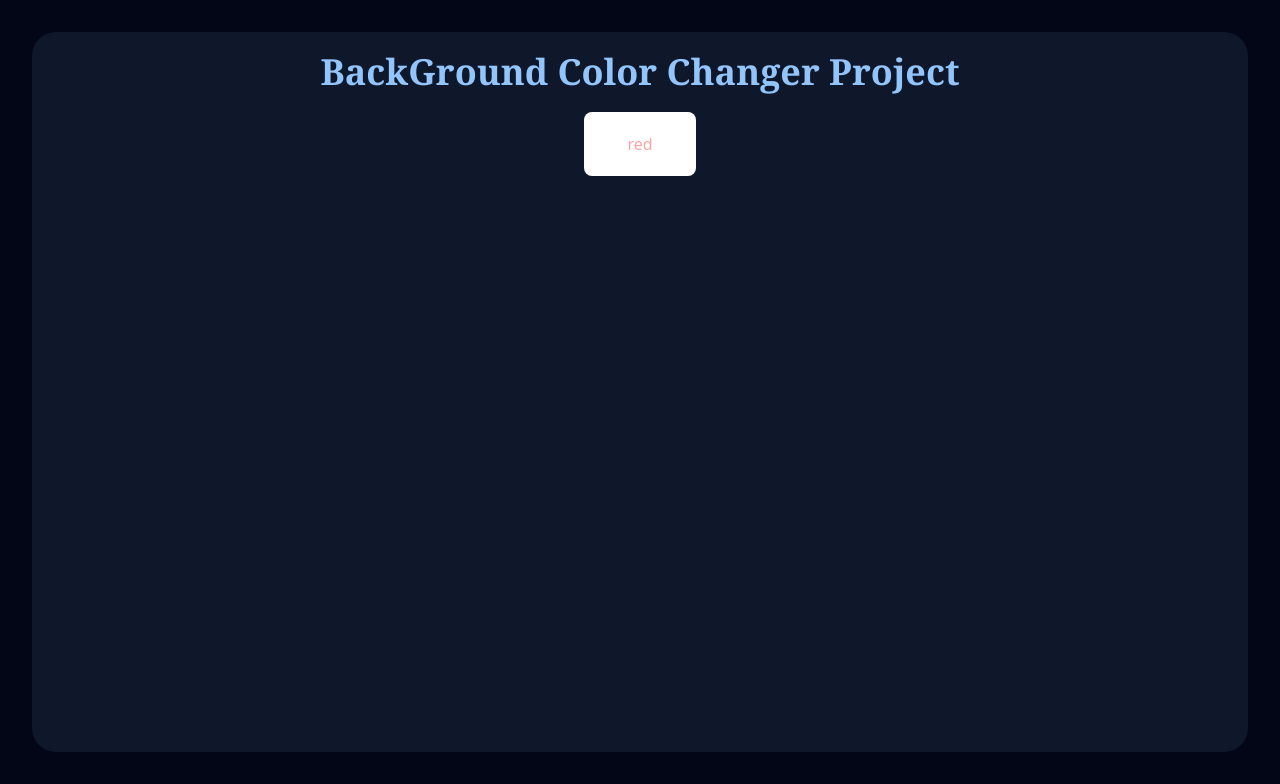
Repository: ChaitanyMishra/react-daily-work
Page: / (app in day-04-react/bg_color_changer/)
An editor plug-in stored every save of this project. The page is shown before and after a run of saves, followed by the edit.
The browser window is 1280 px wide. The pictures show the whole page.
The project was rebuilt for these pictures with package versions that can differ from the ones it lists, and the page was loaded fresh each time. Also part of the build but not shown: day-04-react/bg_color_changer/vite.config.js.

Above is the page before, as saved 2025-06-20 16:55:51.

After the next 2 saves:
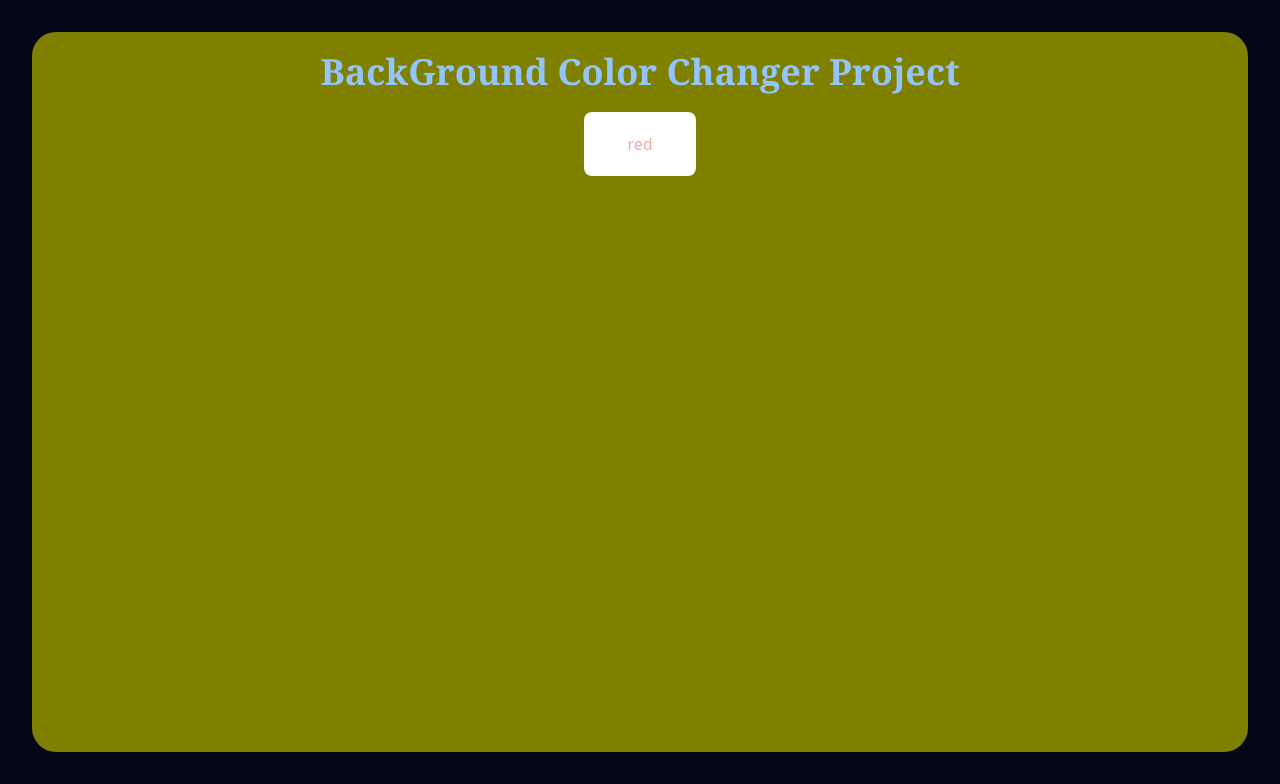
The 2 saves are shown as one change because they came seconds apart.
The last was saved 36 s later.
--- a/day-04-react/bg_color_changer/src/App.jsx
+++ b/day-04-react/bg_color_changer/src/App.jsx
@@ -4,7 +4,7 @@
 import './App.css'
 
 function App() {
-  const [colorState , changeColor] = useState("olvie")
+  const [colorState , changeColor] = useState("olive")
 
   return (
     <div className='w-full h-screen bg-slate-900 rounded-3xl ' style={{backgroundColor: colorState}}>

After the 3 saves that followed:
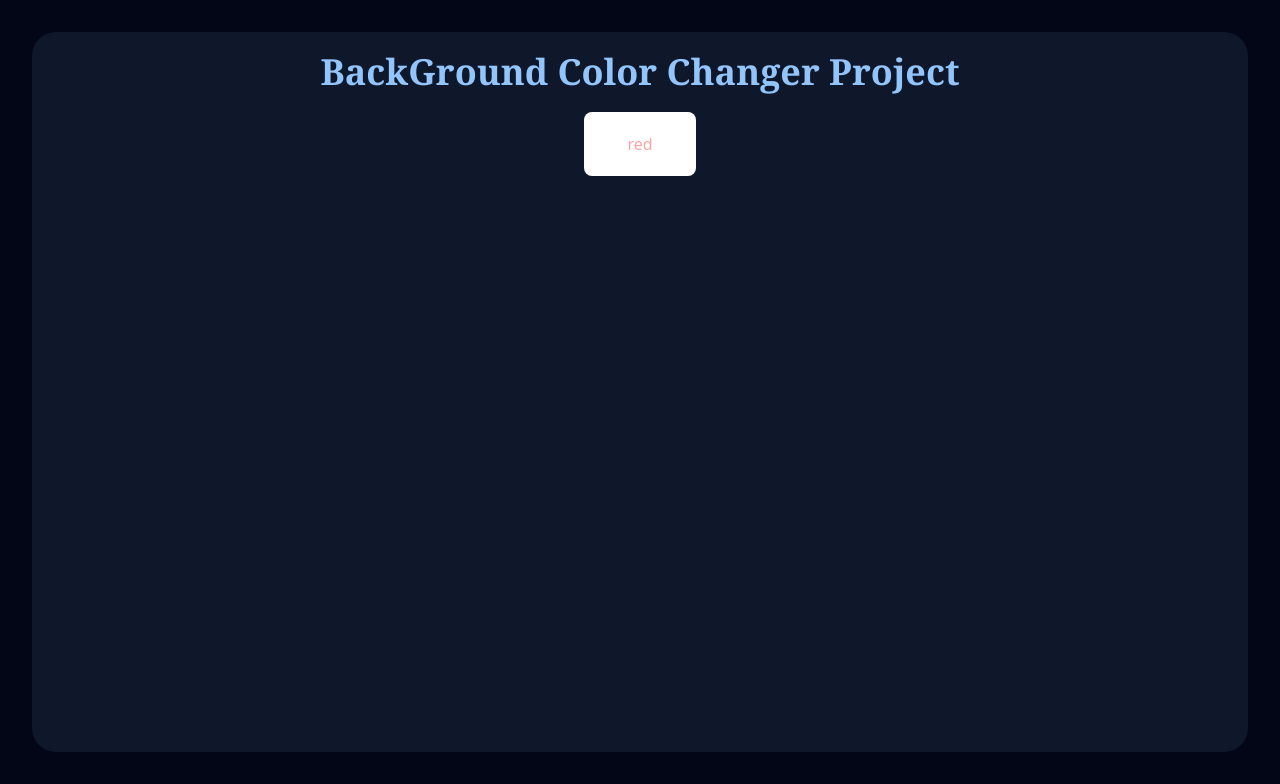
The 3 saves are shown as one change because they came seconds apart.
The last was saved 17 s later.
--- a/day-04-react/bg_color_changer/src/App.jsx
+++ b/day-04-react/bg_color_changer/src/App.jsx
@@ -4,7 +4,7 @@
 import './App.css'
 
 function App() {
-  const [colorState , changeColor] = useState("olive")
+  const [colorState , changeColor] = useState()
 
   return (
     <div className='w-full h-screen bg-slate-900 rounded-3xl ' style={{backgroundColor: colorState}}>
